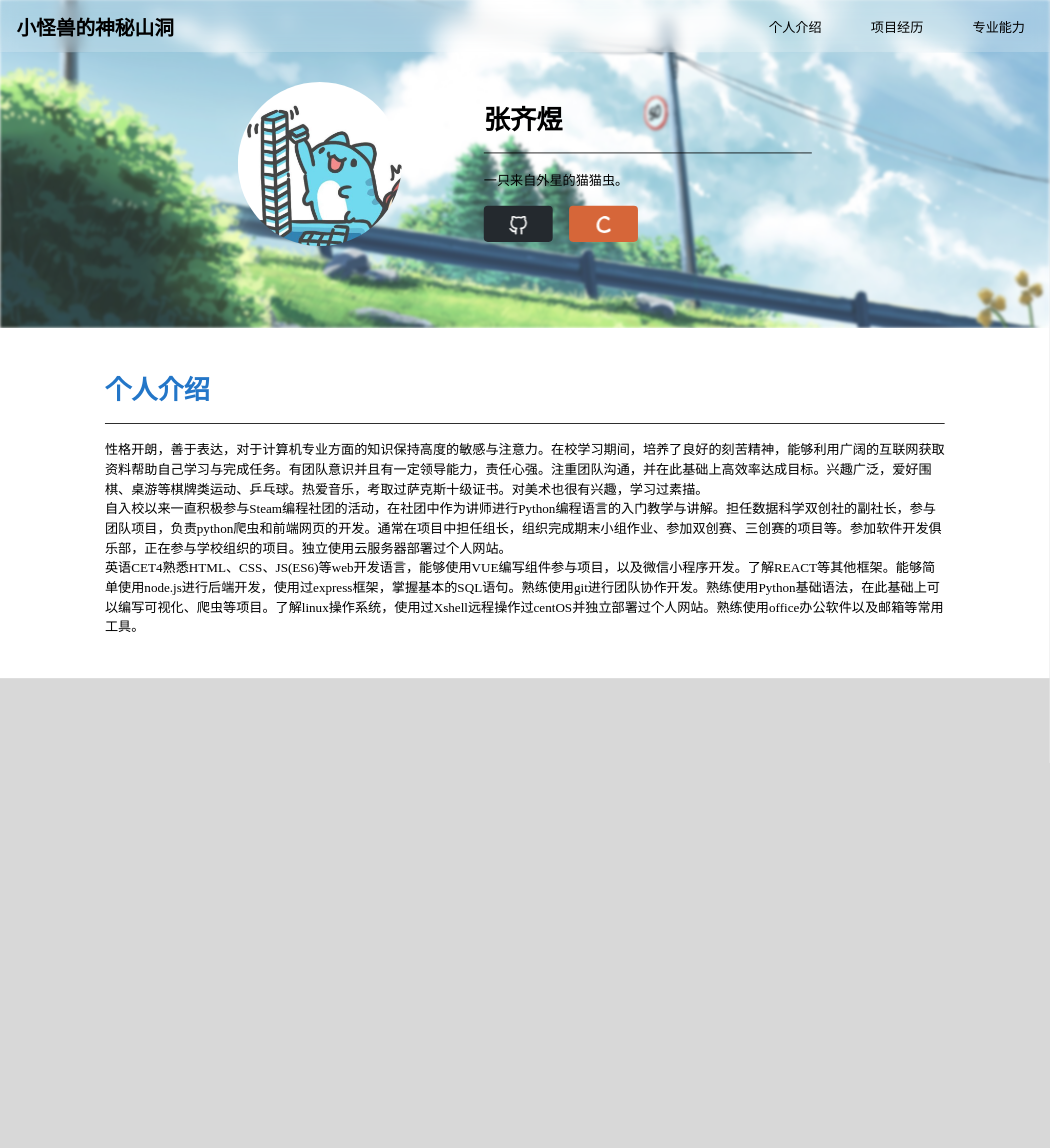
Repository: TheBiggestFatCat/myblog-frontend
Page: /
These files come from the project's save history. The page is drawn as it stood at one moment and after the next save; the edit follows.
The browser window is 1280 px wide. The pictures show the whole page, at 82% of full size.
The project was rebuilt for these pictures with package versions that can differ from the ones it lists, and the page was loaded fresh each time. Also part of the build but not shown: vite.config.ts.

Above is the page before, as saved 2023-02-26 10:56:22.

### src/style.css
* {
  margin: 0;
  box-sizing: border-box;
  padding: 0;
}

/* :root {
  font-family: Inter, system-ui, Avenir, Helvetica, Arial, sans-serif;
  line-height: 1.5;
  font-weight: 400;

  color-scheme: light dark;
  color: rgba(255, 255, 255, 0.87);
  background-color: #242424;

  font-synthesis: none;
  text-rendering: optimizeLegibility;
  -webkit-font-smoothing: antialiased;
  -moz-osx-font-smoothing: grayscale;
  -webkit-text-size-adjust: 100%;
}

a {
  font-weight: 500;
  color: #646cff;
  text-decoration: inherit;
}
a:hover {
  color: #535bf2;
}

body {
  margin: 0;
  display: flex;
  place-items: center;
  min-width: 320px;
  min-height: 100vh;
}

h1 {
  font-size: 3.2em;
  line-height: 1.1;
}

button {
  border-radius: 8px;
  border: 1px solid transparent;
  padding: 0.6em 1.2em;
  font-size: 1em;
  font-weight: 500;
  font-family: inherit;
  background-color: #1a1a1a;
  cursor: pointer;
  transition: border-color 0.25s;
}
button:hover {
  border-color: #646cff;
}
button:focus,
button:focus-visible {
  outline: 4px auto -webkit-focus-ring-color;
}

.card {
  padding: 2em;
}

#app {
  max-width: 1280px;
  margin: 0 auto;
  padding: 2rem;
  text-align: center;
}

@media (prefers-color-scheme: light) {
  :root {
    color: #213547;
    background-color: #ffffff;
  }
  a:hover {
    color: #747bff;
  }
  button {
    background-color: #f9f9f9;
  }
} */

### src/App.vue
<script setup lang="ts">
import Home from './components/Home/Home.vue';
</script>

<template>
  <Home/>
</template>

<style scoped>
</style>

### src/components/Home/Home.vue
<template>
  <div class="home">
    <!-- 导航栏 -->
    <Navigation></Navigation>

    <!-- 头部 -->
    <div class="home-top">
      <div class="avatar">
        <img :src="avatar" alt="Image">
      </div>
      <div class="avatar-right">
        <h2>{{ name }}</h2>
        <div class="border"></div>
        <p v-for="i in introduction" :key="i">{{ i }}</p>
        <a href="https://github.com/" target="_blank">
          <button><img src="@/assets/icons/github.svg" style="position: relative; top: 4px;" alt=""></button>
        </a>
        <a href="https://blog.csdn.net/" target="_blank">
          <button><img src="@/assets/icons/csdn.svg" style="position: relative; top: 2px; width: 24px" alt=""></button>
        </a>
      </div>
    </div>

    <!-- 头部以下 -->
    <div class="home-body">
      <div class="personal">
        <h3>个人介绍</h3>
        <div class="border"></div>
        <p v-for="i in personalText">{{ i }}</p>
      </div>
    </div>
  </div>
</template>

<script lang='ts' setup>
import Navigation from './Navigation.vue';
import { ref } from 'vue'

// 头像
const avatar = ref('src/assets/pics/avatar.jpg')

// 姓名
const name = '张齐煜'

// 顶部介绍，允许多行
const introduction = [
  '一只来自外星的猫猫虫。',
]

// 头部以下

// 个人介绍
const personalText = [
  '性格开朗，善于表达，对于计算机专业方面的知识保持高度的敏感与注意力。在校学习期间，培养了良好的刻苦精神，能够利用广阔的互联网获取资料帮助自己学习与完成任务。有团队意识并且有一定领导能力，责任心强。注重团队沟通，并在此基础上高效率达成目标。兴趣广泛，爱好围棋、桌游等棋牌类运动、乒乓球。热爱音乐，考取过萨克斯十级证书。对美术也很有兴趣，学习过素描。',
  '自入校以来一直积极参与Steam编程社团的活动，在社团中作为讲师进行Python编程语言的入门教学与讲解。担任数据科学双创社的副社长，参与团队项目，负责python爬虫和前端网页的开发。通常在项目中担任组长，组织完成期末小组作业、参加双创赛、三创赛的项目等。参加软件开发俱乐部，正在参与学校组织的项目。独立使用云服务器部署过个人网站。',
  '英语CET4熟悉HTML、CSS、JS(ES6)等web开发语言，能够使用VUE编写组件参与项目，以及微信小程序开发。了解REACT等其他框架。能够简单使用node.js进行后端开发，使用过express框架，掌握基本的SQL语句。熟练使用git进行团队协作开发。熟练使用Python基础语法，在此基础上可以编写可视化、爬虫等项目。了解linux操作系统，使用过Xshell远程操作过centOS并独立部署过个人网站。熟练使用office办公软件以及邮箱等常用工具。'
]

</script>

<style lang="less" scoped>
.home-top {
  width: 100vw;
  height: 400px;
  align-items: center;
  display: flex;
  flex-flow: row nowrap;
  justify-content: center;

  .avatar {
    width: 300px;
    height: 200px;
    padding-right: 60px;

    img {
      width: 200px;
      height: 200px;
      border-radius: 50%;
    }
  }

  .avatar-right {
    width: 400px;
    height: 160px;

    h2 {
      font-size: 32px;
    }

    .border {
      margin: 20px 0 20px 0;
      width: 100%;
      border-top: 1px solid #000;
    }

    p {
      margin-bottom: 20px;
    }

    // github按钮
    a:nth-of-type(1) button {
      background-color: #24292e;
      color: #fff;
      padding: 8px 30px;
      border: none;
      border-radius: 5px;
      font-size: 16px;
      cursor: pointer;
      transition: all .2s;
    }

    a:nth-of-type(1) button:hover {
      background-color: #3e4147;
    }

    // csdn按钮
    a:nth-of-type(2) button{
      background-color: #d66639;
      color: #fff;
      padding: 8px 30px;
      border: none;
      border-radius: 5px;
      font-size: 16px;
      cursor: pointer;
      transition: all .2s;
      margin-left: 20px;
    }

    a:nth-of-type(2) button:hover {
      background-color: #d87d59;
    }
  }
}

.home-top::before {
  content: "";
  position: absolute;
  top: 0;
  left: 0;
  width: 100vw;
  height: 400px;
  // width: 100%;
  // height: 100%;
  background-image: url(@/assets/pics/home3.jpg);
  background-position: 0 -400px;
  background-size: cover;
  filter: blur(2px);
  /* 设置模糊半径 */
  opacity: 0.85;
  /* 设置不透明度 */
  z-index: -1;
  /* 将遮罩层放在最底层 */
}

.home-body {
  height: 1000px;
  background-color: #d8d8d8;

  .personal {
    background-color: #fff;
    padding: 50px 10vw 50px 10vw;
    h3 {
      font-size: 32px;
      color: #2376c8;
    }
    .border {
      width: 100%;
      margin: 20px 0 20px 0;
      border-top: 1px solid #000;
    }
    p {
      line-height: 150%;
    }
  }


}
</style>

### src/components/Home/Navigation.vue
<template>
  <nav :class="{'bg-white': !isTop, 'bg-blur': isTop}">
      <div class="logo">小怪兽的神秘山洞</div>
        <div class="ui">
          <div>个人介绍</div>
          <div>项目经历</div>
          <div>专业能力</div>
        </div>
  </nav>
</template>

<script lang="ts">
import { onMounted, onUnmounted, ref } from 'vue'

export default {
  name: 'Navigation',

  setup() {
    const isTop = ref(true)

    const handleScroll = () => {
      isTop.value = window.pageYOffset === 0
    }

    onMounted(() => {
      window.addEventListener('scroll', handleScroll)
    })

    onUnmounted(() => {
      window.removeEventListener('scroll', handleScroll)
    })

    return { isTop }
  }
}
</script>

<style lang="less" scoped>
nav {
  position: fixed;
  height: 64px;
  top: 0;
  left: 0;
  right: 0;
  padding: 0 20px 0 20px;
  transition: background-color 0.3s ease-in-out;
  display: flex;
  justify-content: space-between;
  align-items: center;
}


.logo {
  font-weight: bold;
  font-size: 24px;
}

.ui {
  display: flex;
  list-style: none;
  margin: 0;
  padding: 0;
  height: 100%;
  div {
    position: relative;
    display: flex;
    padding: 0 10px 0 10px;
    align-items: center;
    margin-left: 40px;
    height: 100%;
    cursor: pointer;
  }

  div::before {
    content: "";
    position: absolute;
    top: 0;
    left: 0;
    right: 0;
    bottom: 0;
    opacity: 0;
    background-color: rgba(0, 0, 0, 0.5); /* 半透明的灰色背景 */
    transition: opacity 0.3s ease;
  }

  div:hover::before {
  opacity: 0.3;
}
}



.bg-white {
  background-color: white;
}

.bg-blur {
  background-color: rgba(255, 255, 255, 0.198);
  backdrop-filter: blur(10px);
}
</style>

Loaded but not shown: index.html (common file); src/main.ts (common file)

After the next save:
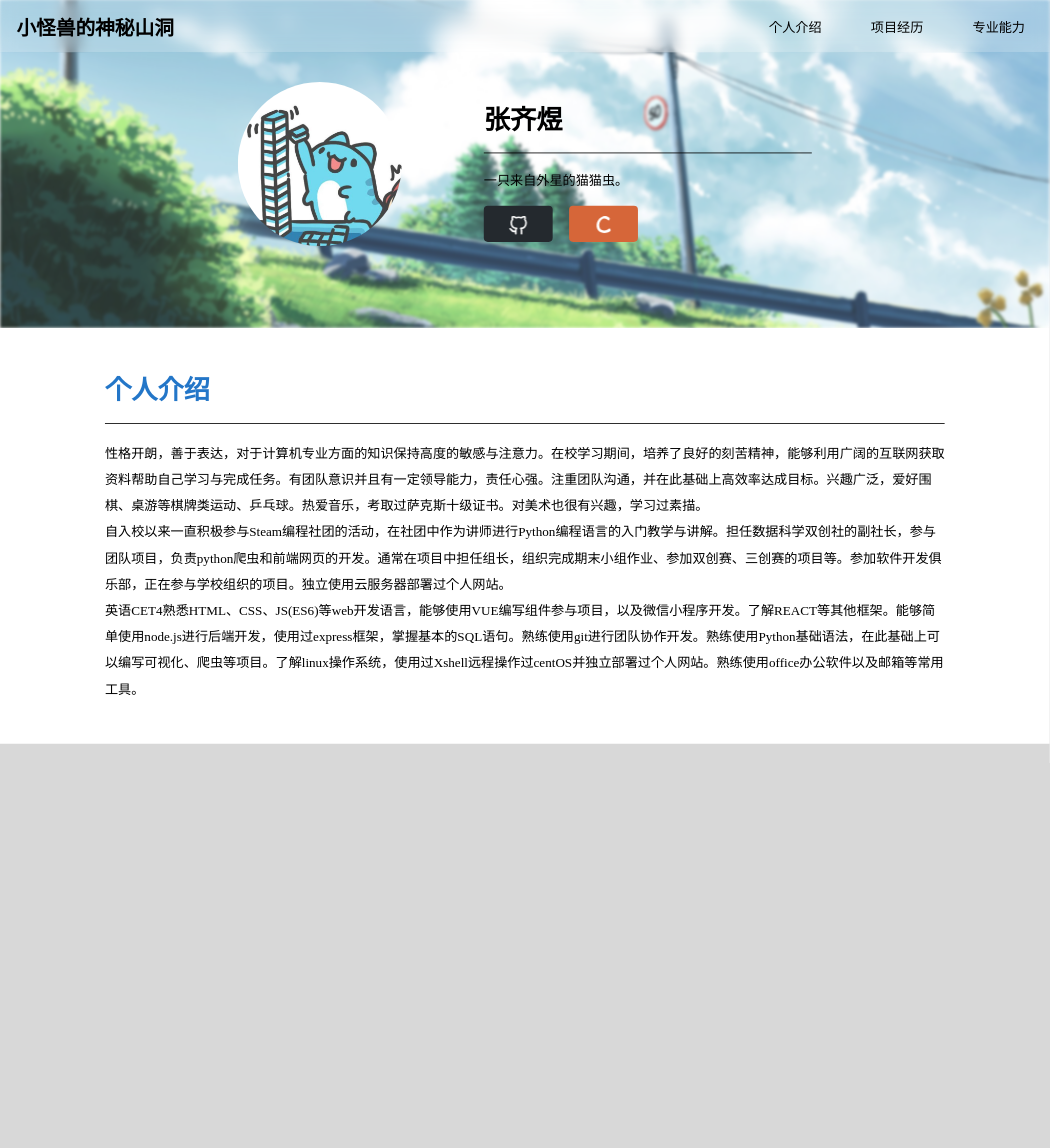
Saved 10 s later.
--- a/src/components/Home/Home.vue
+++ b/src/components/Home/Home.vue
@@ -169,7 +169,7 @@ const personalText = [
       border-top: 1px solid #000;
     }
     p {
-      line-height: 150%;
+      line-height: 200%;
     }
   }
 
